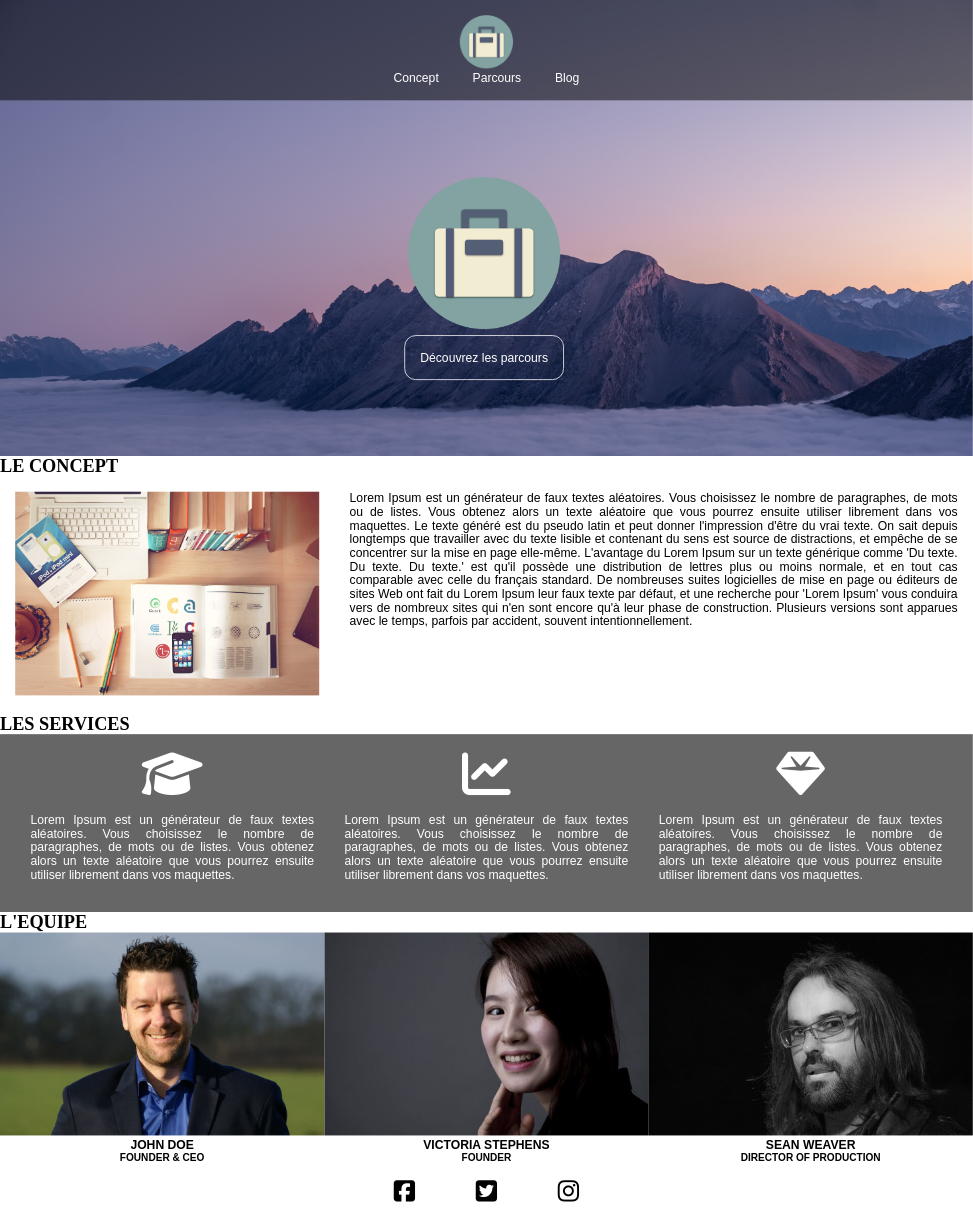
Repository: georeyff/WordPressThemes
Page: agenceVoyageInitial/index.html
The author's editor kept a copy of each file at every save. The page is drawn from the files as they stood at one save, then again after the next save.
The browser window is 1280 px wide. The pictures show the whole page, at 76% of full size.
Some web libraries are served in a nearby version.

Above is the page before, as saved 2020-11-26 17:33:34.

After the next save:
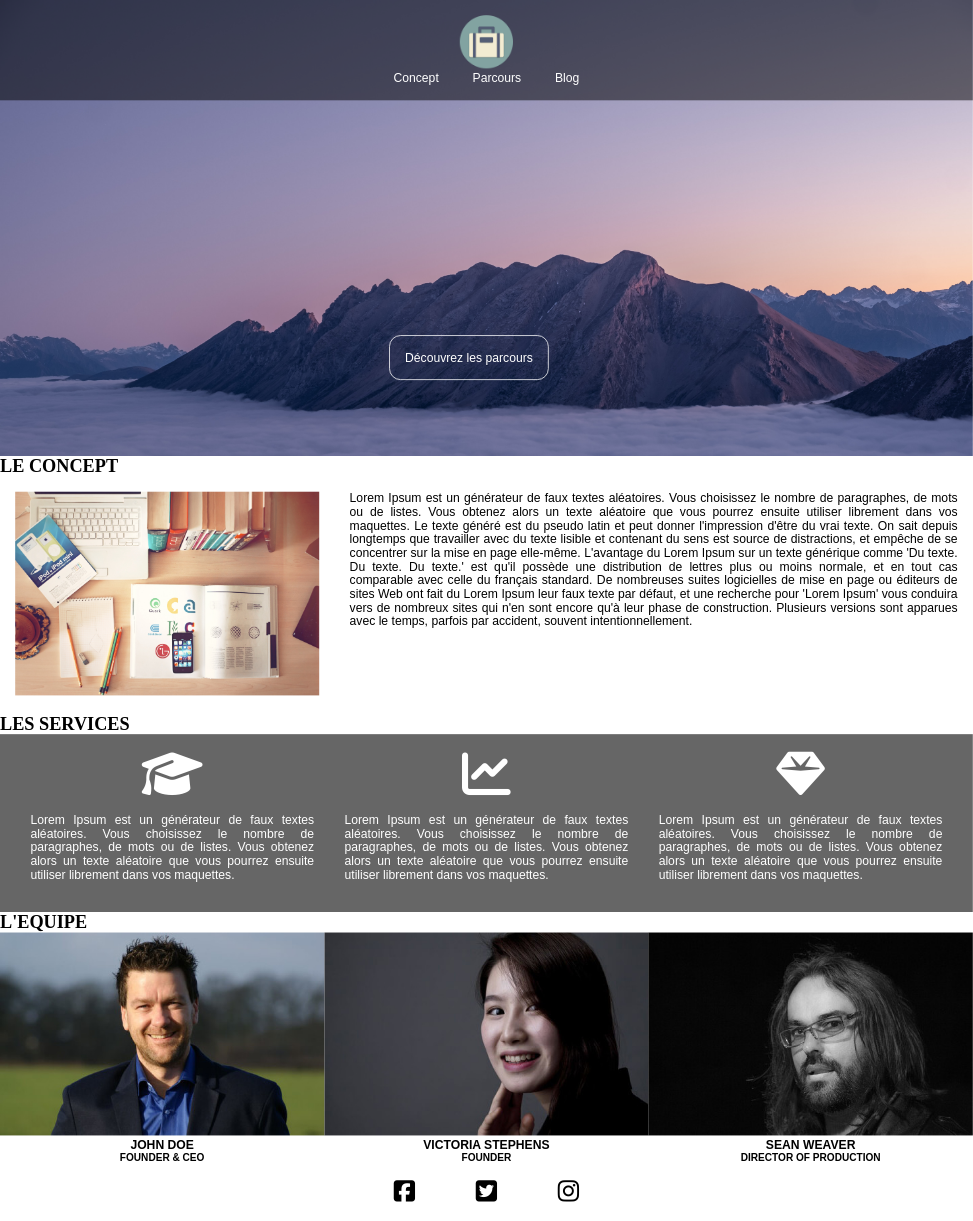
Saved 3 min 1 s later.
--- a/agenceVoyageInitial/index.html
+++ b/agenceVoyageInitial/index.html
@@ -32,9 +32,6 @@
       </nav><!--Ici, on referme la balise nav-->
       <div id="bandeau">
         <div id="contenu">
-          <div class="contenu-logo">
-            <img src="logo-valise.png" alt="logo Agence de Voyages" width="200px"/>
-          </div>
           <div class="contenu-cta">
             <a href="#">Découvrez les parcours</a>
           </div>
